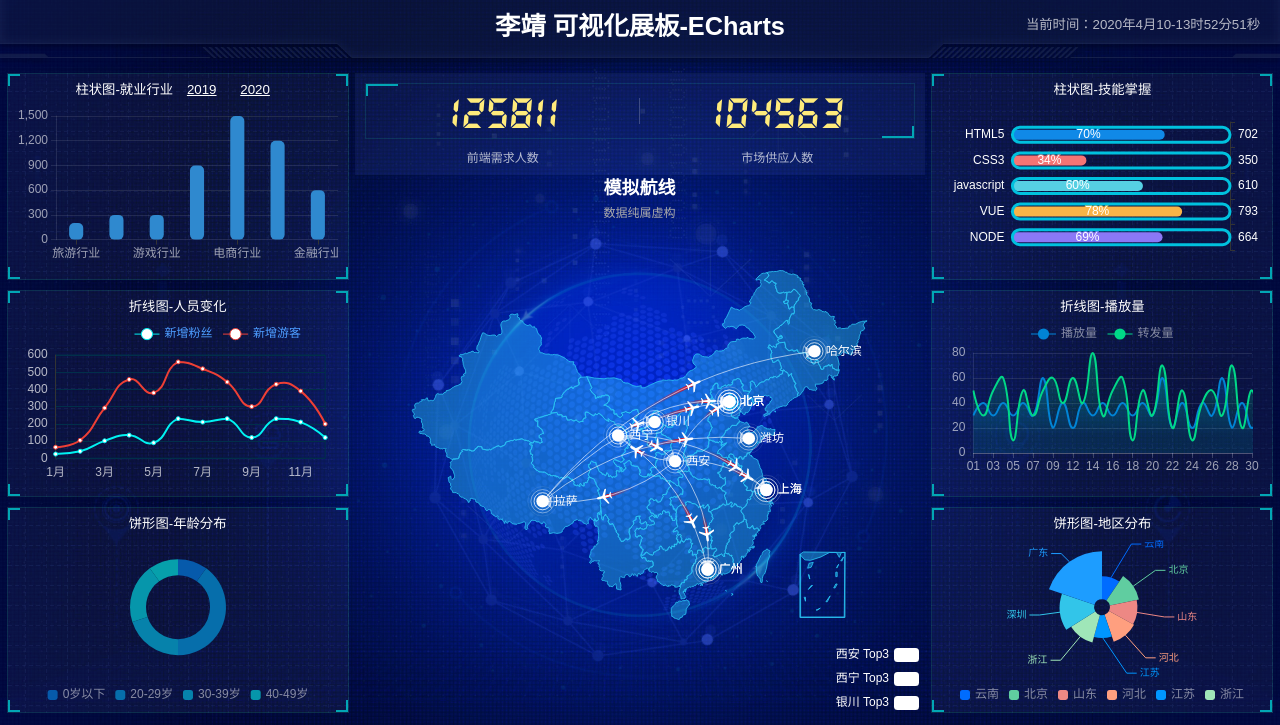
Repository: Jasonlee6789/ECharts
Page: Echarts/index.html
An editor plug-in stored every save of this project. The page is shown before and after the next save, followed by the edit.
The browser window is 1280 px wide. The pictures show the whole page.
The style sheet was rebuilt from its Sass, Less or Tailwind sources for each picture, by a compiler version that may differ from the author's.

Above is the page before, as saved 2020-05-22 13:32:41.

### Echarts/index.html
<!DOCTYPE html>
<html lang="en">

<head>
    <meta charset="UTF-8" />
    <meta name="viewport" content="width=device-width, initial-scale=1.0" />
    <title>Document</title>
    <link rel="stylesheet" href="css/index.css" />
</head>

<body>
    <header>
        <h1>李靖 可视化展板-ECharts</h1>
        <div class="showTime">当前时间：2020年3月17-0时54分14秒</div>
        <script>
            var t = null;
            t = setTimeout(time, 1000); //開始运行
            function time() {
                clearTimeout(t); //清除定时器
                dt = new Date();
                var y = dt.getFullYear();
                var mt = dt.getMonth() + 1;
                var day = dt.getDate();
                var h = dt.getHours(); //获取时
                var m = dt.getMinutes(); //获取分
                var s = dt.getSeconds(); //获取秒
                document.querySelector(".showTime").innerHTML =
                    "当前时间：" +
                    y +
                    "年" +
                    mt +
                    "月" +
                    day +
                    "-" +
                    h +
                    "时" +
                    m +
                    "分" +
                    s +
                    "秒";
                t = setTimeout(time, 1000); //设定定时器，循环运行
            }
        </script>
    </header>
    <section class="mainbox">
        <div class="column">
            <div class="panel bar">
                <h2>
                    柱状图-就业行业 <a href="javascript:;">2019</a>
                    <a href="javacript:;"> 2020</a>
                </h2>
                <div class="chart"></div>
                <div class="panel-footer"></div>
            </div>
            <div class="panel line">
                <h2>折线图-人员变化</h2>
                <div class="chart"></div>
                <div class="panel-footer"></div>
            </div>
            <div class="panel pie">
                <h2>饼形图-年龄分布</h2>
                <div class="chart"></div>
                <div class="panel-footer"></div>
            </div>
        </div>
        <div class="column">
            <div class="no">
                <div class="no-hd">
                    <ul>
                        <li>125811</li>
                        <li>104563</li>
                    </ul>
                </div>
                <div class="no-bd">
                    <ul>
                        <li>前端需求人数</li>
                        <li>市场供应人数</li>
                    </ul>
                </div>
            </div>
            <div class="map">
                <div class="chart"></div>
                <div class="map1"></div>
                <div class="map2"></div>
                <div class="map3"></div>
            </div>
        </div>
        <div class="column">
            <div class="panel bar1">
                <h2>柱状图-技能掌握</h2>
                <div class="chart"></div>
                <div class="panel-footer"></div>
            </div>
            <div class="panel line1">
                <h2>折线图-播放量</h2>
                <div class="chart"></div>
                <div class="panel-footer"></div>
            </div>
            <div class="panel pie1">
                <h2>饼形图-地区分布</h2>
                <div class="chart"></div>
                <div class="panel-footer"></div>
            </div>
        </div>
    </section>
    <script src="js/flexible.js"></script>
    <script src="js/jquery.js"></script>
    <script src="js/echarts.min.js"></script>
    <script src="js/index.js"></script>
    <script src="js/china.js"></script>
    <script src="js/myMap.js"></script>
</body>

</html>

### Echarts/js/flexible.js
(function flexible(window, document) {
    var docEl = document.documentElement;
    var dpr = window.devicePixelRatio || 1;

    // adjust body font size
    function setBodyFontSize() {
        if (document.body) {
            document.body.style.fontSize = 12 * dpr + "px";
        } else {
            document.addEventListener("DOMContentLoaded", setBodyFontSize);
        }
    }
    setBodyFontSize();

    // set 1rem = viewWidth / 10 （默认屏幕划分10等份 1920/24=80）
    function setRemUnit() {
        var rem = docEl.clientWidth / 24;
        docEl.style.fontSize = rem + "px";
    }

    setRemUnit();

    // reset rem unit on page resize
    window.addEventListener("resize", setRemUnit);
    window.addEventListener("pageshow", function (e) {
        if (e.persisted) {
            setRemUnit();
        }
    });

    // detect 0.5px supports
    if (dpr >= 2) {
        var fakeBody = document.createElement("body");
        var testElement = document.createElement("div");
        testElement.style.border = ".5px solid transparent";
        fakeBody.appendChild(testElement);
        docEl.appendChild(fakeBody);
        if (testElement.offsetHeight === 1) {
            docEl.classList.add("hairlines");
        }
        docEl.removeChild(fakeBody);
    }
})(window, document);

### Echarts/js/myMap.js
(function () {
    // 1. 实例化对象
    var myChart = echarts.init(document.querySelector(".map .chart"));
    // 2. 指定配置和数据
    // 2. 指定配置和数据
    var geoCoordMap = {
        上海: [121.4648, 31.2891],
        东莞: [113.8953, 22.901],
        东营: [118.7073, 37.5513],
        中山: [113.4229, 22.478],
        临汾: [111.4783, 36.1615],
        临沂: [118.3118, 35.2936],
        丹东: [124.541, 40.4242],
        丽水: [119.5642, 28.1854],
        乌鲁木齐: [87.9236, 43.5883],
        佛山: [112.8955, 23.1097],
        保定: [115.0488, 39.0948],
        兰州: [103.5901, 36.3043],
        包头: [110.3467, 41.4899],
        北京: [116.4551, 40.2539],
        北海: [109.314, 21.6211],
        南京: [118.8062, 31.9208],
        南宁: [108.479, 23.1152],
        南昌: [116.0046, 28.6633],
        南通: [121.1023, 32.1625],
        厦门: [118.1689, 24.6478],
        台州: [121.1353, 28.6688],
        合肥: [117.29, 32.0581],
        呼和浩特: [111.4124, 40.4901],
        咸阳: [108.4131, 34.8706],
        哈尔滨: [127.9688, 45.368],
        唐山: [118.4766, 39.6826],
        嘉兴: [120.9155, 30.6354],
        大同: [113.7854, 39.8035],
        大连: [122.2229, 39.4409],
        天津: [117.4219, 39.4189],
        太原: [112.3352, 37.9413],
        威海: [121.9482, 37.1393],
        宁波: [121.5967, 29.6466],
        宝鸡: [107.1826, 34.3433],
        宿迁: [118.5535, 33.7775],
        常州: [119.4543, 31.5582],
        广州: [113.5107, 23.2196],
        廊坊: [116.521, 39.0509],
        延安: [109.1052, 36.4252],
        张家口: [115.1477, 40.8527],
        徐州: [117.5208, 34.3268],
        德州: [116.6858, 37.2107],
        惠州: [114.6204, 23.1647],
        成都: [103.9526, 30.7617],
        扬州: [119.4653, 32.8162],
        承德: [117.5757, 41.4075],
        拉萨: [91.1865, 30.1465],
        无锡: [120.3442, 31.5527],
        日照: [119.2786, 35.5023],
        昆明: [102.9199, 25.4663],
        杭州: [119.5313, 29.8773],
        枣庄: [117.323, 34.8926],
        柳州: [109.3799, 24.9774],
        株洲: [113.5327, 27.0319],
        武汉: [114.3896, 30.6628],
        汕头: [117.1692, 23.3405],
        江门: [112.6318, 22.1484],
        沈阳: [123.1238, 42.1216],
        沧州: [116.8286, 38.2104],
        河源: [114.917, 23.9722],
        泉州: [118.3228, 25.1147],
        泰安: [117.0264, 36.0516],
        泰州: [120.0586, 32.5525],
        济南: [117.1582, 36.8701],
        济宁: [116.8286, 35.3375],
        海口: [110.3893, 19.8516],
        淄博: [118.0371, 36.6064],
        淮安: [118.927, 33.4039],
        深圳: [114.5435, 22.5439],
        清远: [112.9175, 24.3292],
        温州: [120.498, 27.8119],
        渭南: [109.7864, 35.0299],
        湖州: [119.8608, 30.7782],
        湘潭: [112.5439, 27.7075],
        滨州: [117.8174, 37.4963],
        潍坊: [119.0918, 36.524],
        烟台: [120.7397, 37.5128],
        玉溪: [101.9312, 23.8898],
        珠海: [113.7305, 22.1155],
        盐城: [120.2234, 33.5577],
        盘锦: [121.9482, 41.0449],
        石家庄: [114.4995, 38.1006],
        福州: [119.4543, 25.9222],
        秦皇岛: [119.2126, 40.0232],
        绍兴: [120.564, 29.7565],
        聊城: [115.9167, 36.4032],
        肇庆: [112.1265, 23.5822],
        舟山: [122.2559, 30.2234],
        苏州: [120.6519, 31.3989],
        莱芜: [117.6526, 36.2714],
        菏泽: [115.6201, 35.2057],
        营口: [122.4316, 40.4297],
        葫芦岛: [120.1575, 40.578],
        衡水: [115.8838, 37.7161],
        衢州: [118.6853, 28.8666],
        西宁: [101.4038, 36.8207],
        西安: [109.1162, 34.2004],
        贵阳: [106.6992, 26.7682],
        连云港: [119.1248, 34.552],
        邢台: [114.8071, 37.2821],
        邯郸: [114.4775, 36.535],
        郑州: [113.4668, 34.6234],
        鄂尔多斯: [108.9734, 39.2487],
        重庆: [107.7539, 30.1904],
        金华: [120.0037, 29.1028],
        铜川: [109.0393, 35.1947],
        银川: [106.3586, 38.1775],
        镇江: [119.4763, 31.9702],
        长春: [125.8154, 44.2584],
        长沙: [113.0823, 28.2568],
        长治: [112.8625, 36.4746],
        阳泉: [113.4778, 38.0951],
        青岛: [120.4651, 36.3373],
        韶关: [113.7964, 24.7028]
    };

    var XAData = [
        [{
            name: "西安"
        }, {
            name: "北京",
            value: 100
        }],
        [{
            name: "西安"
        }, {
            name: "上海",
            value: 100
        }],
        [{
            name: "西安"
        }, {
            name: "广州",
            value: 100
        }],
        [{
            name: "西安"
        }, {
            name: "西宁",
            value: 100
        }],
        [{
            name: "西安"
        }, {
            name: "拉萨",
            value: 100
        }]
    ];

    var XNData = [
        [{
            name: "西宁"
        }, {
            name: "北京",
            value: 100
        }],
        [{
            name: "西宁"
        }, {
            name: "上海",
            value: 100
        }],
        [{
            name: "西宁"
        }, {
            name: "广州",
            value: 100
        }],
        [{
            name: "西宁"
        }, {
            name: "西安",
            value: 100
        }],
        [{
            name: "西宁"
        }, {
            name: "银川",
            value: 100
        }]
    ];

    var YCData = [
        [{
            name: "拉萨"
        }, {
            name: "北京",
            value: 100
        }],
        [{
            name: "拉萨"
        }, {
            name: "潍坊",
            value: 100
        }],
        [{
            name: "拉萨"
        }, {
            name: "哈尔滨",
            value: 100
        }]
    ];

    var planePath =
        "path://M1705.06,1318.313v-89.254l-319.9-221.799l0.073-208.063c0.521-84.662-26.629-121.796-63.961-121.491c-37.332-0.305-64.482,36.829-63.961,121.491l0.073,208.063l-319.9,221.799v89.254l330.343-157.288l12.238,241.308l-134.449,92.931l0.531,42.034l175.125-42.917l175.125,42.917l0.531-42.034l-134.449-92.931l12.238-241.308L1705.06,1318.313z";
    //var planePath = 'arrow';
    var convertData = function (data) {
        var res = [];
        for (var i = 0; i < data.length; i++) {
            var dataItem = data[i];

            var fromCoord = geoCoordMap[dataItem[0].name];
            var toCoord = geoCoordMap[dataItem[1].name];
            if (fromCoord && toCoord) {
                res.push({
                    fromName: dataItem[0].name,
                    toName: dataItem[1].name,
                    coords: [fromCoord, toCoord],
                    value: dataItem[1].value
                });
            }
        }
        return res;
    };

    var color = ["#fff", "#fff", "#fff"]; //航线的颜色
    var series = [];
    [
        ["西安", XAData],
        ["西宁", XNData],
        ["银川", YCData]
    ].forEach(function (item, i) {
        series.push({
            name: item[0] + " Top3",
            type: "lines",
            zlevel: 1,
            effect: {
                show: true,
                period: 6,
                trailLength: 0.7,
                color: "red", //arrow箭头的颜色
                symbolSize: 3
            },
            lineStyle: {
                normal: {
                    color: color[i],
                    width: 0,
                    curveness: 0.2
                }
            },
            data: convertData(item[1])
        }, {
            name: item[0] + " Top3",
            type: "lines",
            zlevel: 2,
            symbol: ["none", "arrow"],
            symbolSize: 10,
            effect: {
                show: true,
                period: 6,
                trailLength: 0,
                symbol: planePath,
                symbolSize: 15
            },
            lineStyle: {
                normal: {
                    color: color[i],
                    width: 1,
                    opacity: 0.6,
                    curveness: 0.2
                }
            },
            data: convertData(item[1])
        }, {
            name: item[0] + " Top3",
            type: "effectScatter",
            coordinateSystem: "geo",
            zlevel: 2,
            rippleEffect: {
                brushType: "stroke"
            },
            label: {
                normal: {
                    show: true,
                    position: "right",
                    formatter: "{b}"
                }
            },
            symbolSize: function (val) {
                return val[2] / 8;
            },
            itemStyle: {
                normal: {
                    color: color[i]
                },
                emphasis: {
                    areaColor: "#2B91B7"
                }
            },
            data: item[1].map(function (dataItem) {
                return {
                    name: dataItem[1].name,
                    value: geoCoordMap[dataItem[1].name].concat([dataItem[1].value])
                };
            })
        });
    });
    var option = {
        tooltip: {
            trigger: "item",
            formatter: function (params, ticket, callback) {
                if (params.seriesType == "effectScatter") {
                    return "线路：" + params.data.name + "" + params.data.value[2];
                } else if (params.seriesType == "lines") {
                    return (
                        params.data.fromName +
                        ">" +
                        params.data.toName +
                        "<br />" +
                        params.data.value
                    );
                } else {
                    return params.name;
                }
            }
        },

        geo: {
            map: "china",
            label: {
                emphasis: {
                    show: true,
                    color: "#fff"
                }
            },
            roam: false,
            //   放大我们的地图
            zoom: 1,
            itemStyle: {
                normal: {
                    areaColor: "rgba(43, 196, 243, 0.42)",
                    borderColor: "rgba(43, 196, 243, 1)",
                    borderWidth: 1
                },
                emphasis: {
                    areaColor: "#2B91B7"
                }
            }
        },
        series: series
    };
    myChart.setOption(option);
    window.addEventListener("resize", function () {
        myChart.resize();
    });
})();

### Echarts/css/index.less
* {
    margin: 0;
    padding: 0;
    box-sizing: border-box;
}

li {
    list-style: none;
}

@font-face {
    font-family: electronicFont;
    src: url(../font/DS-DIGIT.TTF);
}

body {
    font-family: Arial, Helvetica, sans-serif;
    margin: 0;
    padding: 0;
    /*  背景图定位 / 背景图尺寸  cover 完全铺满容器  contain 完整显示在容器内 */
    background: url(../images/bg.jpg) no-repeat #000;
    background-size: cover;
    /* 行高是字体1.15倍 */
    line-height: 1.15;
}

header {
    position: relative;
    height: 1.25rem;
    background: url(../images/head_bg.png) no-repeat top center;
    background-size: 100% 100%;

    h1 {
        font-size: 0.475rem;
        color: #fff;
        text-align: center;
        line-height: 1rem;
    }

    .showTime {
        position: absolute;
        top: 0;
        right: 0.375rem;
        line-height: 0.9375rem;
        font-size: 0.25rem;
        color: rgba(255, 255, 255, 0.7);
    }
}

.mainbox {
    min-width: 1024px;
    max-width: 1920px;
    padding: 0.125rem 0.125rem 0;
    display: flex;

    .column {
        flex: 3;

        &:nth-child(2) {
            flex: 5;
            margin: 0 0.125rem 0.1875rem;
            overflow: hidden;
        }
    }
}

.panel {
    position: relative;
    height: 3.875rem;
    border: 1px solid rgba(25, 186, 139, 0.17);
    background: rgba(255, 255, 255, 0.04) url(../images/line\(1\).png);
    padding: 0 0.1875rem 0.5rem;
    margin-bottom: 0.1875rem;

    &::before {
        position: absolute;
        top: 0;
        left: 0;
        content: "";
        width: 10px;
        height: 10px;
        border-top: 2px solid #02a6b5;
        border-left: 2px solid #02a6b5;
    }

    &::after {
        position: absolute;
        top: 0;
        right: 0;
        content: "";
        width: 10px;
        height: 10px;
        border-top: 2px solid #02a6b5;
        border-right: 2px solid #02a6b5;
    }

    .panel-footer {
        position: absolute;
        left: 0;
        bottom: 0;
        width: 100%;

        &::before {
            position: absolute;
            bottom: 0;
            left: 0;
            content: "";
            width: 10px;
            height: 10px;
            border-bottom: 2px solid #02a6b5;
            border-left: 2px solid #02a6b5;
        }

        &::after {
            position: absolute;
            bottom: 0;
            right: 0;
            content: "";
            width: 10px;
            height: 10px;
            border-bottom: 2px solid #02a6b5;
            border-right: 2px solid #02a6b5;
        }
    }

    h2 {
        height: 0.6rem;
        line-height: 0.6rem;
        text-align: center;
        color: #fff;
        font-size: 0.25rem;
        font-weight: 400;

        a {
            margin: 0 0.1875rem;
            color: #fff;
            text-decoration: underline;
        }
    }

    .chart {
        height: 3rem;
    }
}

.no {
    background: rgba(101, 132, 226, 0.1);
    padding: 0.1875rem;

    .no-hd {
        position: relative;
        border: 1px solid rgba(25, 186, 139, 0.17);

        &::before {
            content: "";
            position: absolute;
            width: 30px;
            height: 10px;
            border-top: 2px solid #02a6b5;
            border-left: 2px solid #02a6b5;
            top: 0;
            left: 0;
        }

        &::after {
            content: "";
            position: absolute;
            width: 30px;
            height: 10px;
            border-bottom: 2px solid #02a6b5;
            border-right: 2px solid #02a6b5;
            right: 0;
            bottom: 0;
        }

        ul {
            display: flex;

            li {
                position: relative;
                flex: 1;
                text-align: center;
                height: 1rem;
                line-height: 1rem;
                font-size: 0.875rem;
                color: #ffeb7b;
                padding: 0.05rem 0;
                font-family: electronicFont;
                font-weight: bold;

                &:first-child::after {
                    content: "";
                    position: absolute;
                    height: 50%;
                    width: 1px;
                    background: rgba(255, 255, 255, 0.2);
                    right: 0;
                    top: 25%;
                }
            }
        }
    }

    .no-bd ul {
        display: flex;

        li {
            flex: 1;
            height: 0.5rem;
            line-height: 0.5rem;
            text-align: center;
            font-size: 0.225rem;
            color: rgba(255, 255, 255, 0.7);
            padding-top: 0.125rem;
        }
    }
}

.map {
    position: relative;
    height: 10.125rem;

    .chart {
        position: absolute;
        top: 0;
        left: 0;
        z-index: 5;
        height: 10.125rem;
        width: 100%;
    }

    .map1,
    .map2,
    .map3 {
        position: absolute;
        top: 50%;
        left: 50%;
        transform: translate(-50%, -50%);
        width: 6.475rem;
        height: 6.475rem;
        background: url(../images/map.png) no-repeat;
        background-size: 100% 100%;
        opacity: 0.3;
    }

    .map2 {
        width: 8.0375rem;
        height: 8.0375rem;
        background-image: url(../images/lbx.png);
        opacity: 0.6;
        animation: rotate 15s linear infinite;
        z-index: 2;
    }

    .map3 {
        width: 7.075rem;
        height: 7.075rem;
        background-image: url(../images/jt.png);
        animation: rotate1 10s linear infinite;
    }

    @keyframes rotate {
        from {
            transform: translate(-50%, -50%) rotate(0deg);
        }

        to {
            transform: translate(-50%, -50%) rotate(360deg);
        }
    }

    @keyframes rotate1 {
        from {
            transform: translate(-50%, -50%) rotate(0deg);
        }

        to {
            transform: translate(-50%, -50%) rotate(-360deg);
        }
    }
}

@media screen and (max-width: 1024px) {
    html {
        font-size: 42px !important;
    }
}

@media screen and (min-width: 1920) {
    html {
        font-size: 80px !important;
    }
}

Loaded but not shown: Echarts/js/jquery.js (library); Echarts/反余切/js/echarts.min.js (library); Echarts/js/china.js (library); Echarts/js/index.js (1166 lines, source omitted)

After the next save:
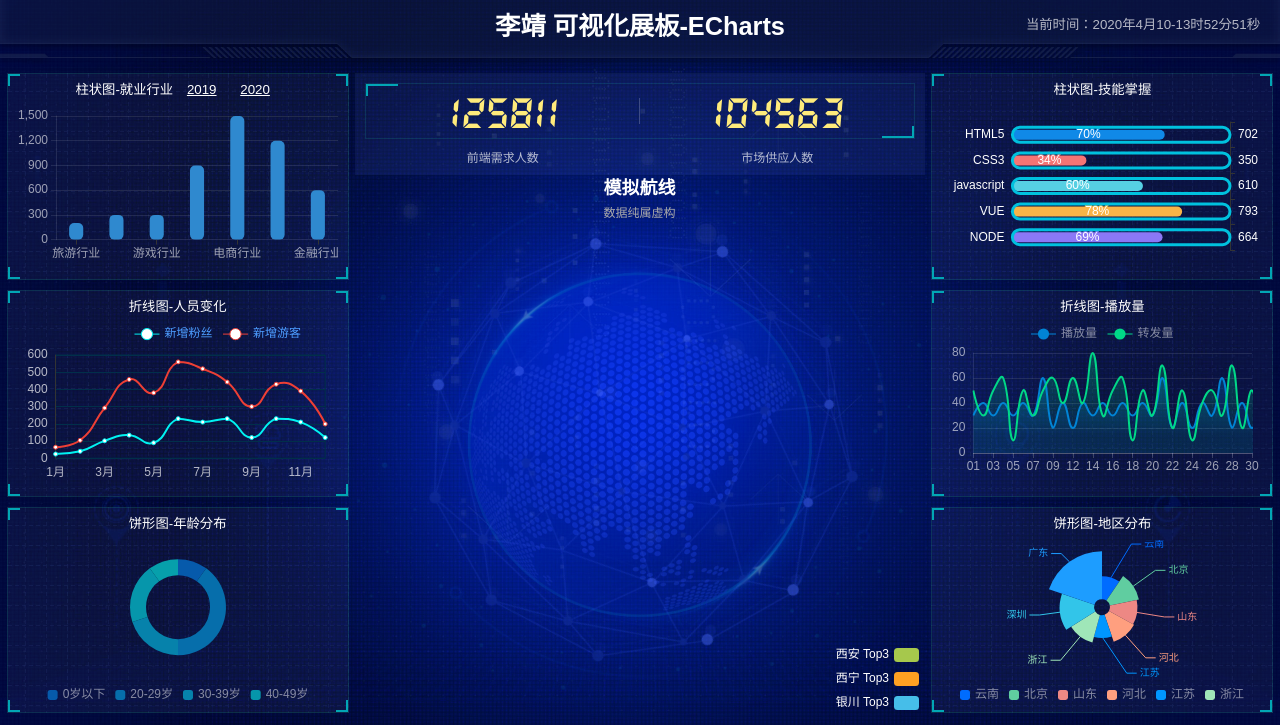
Console error: TypeError: Cannot read properties of undefined (reading 'concat')
Saved 66 s later.
--- a/Echarts/js/myMap.js
+++ b/Echarts/js/myMap.js
@@ -148,7 +148,7 @@
         [{
             name: "西安"
         }, {
-            name: "拉萨",
+            name: "厦门",
             value: 100
         }]
     ];
@@ -196,7 +196,7 @@
         [{
             name: "拉萨"
         }, {
-            name: "潍坊",
+            name: "高密",
             value: 100
         }],
         [{

After the save that followed:
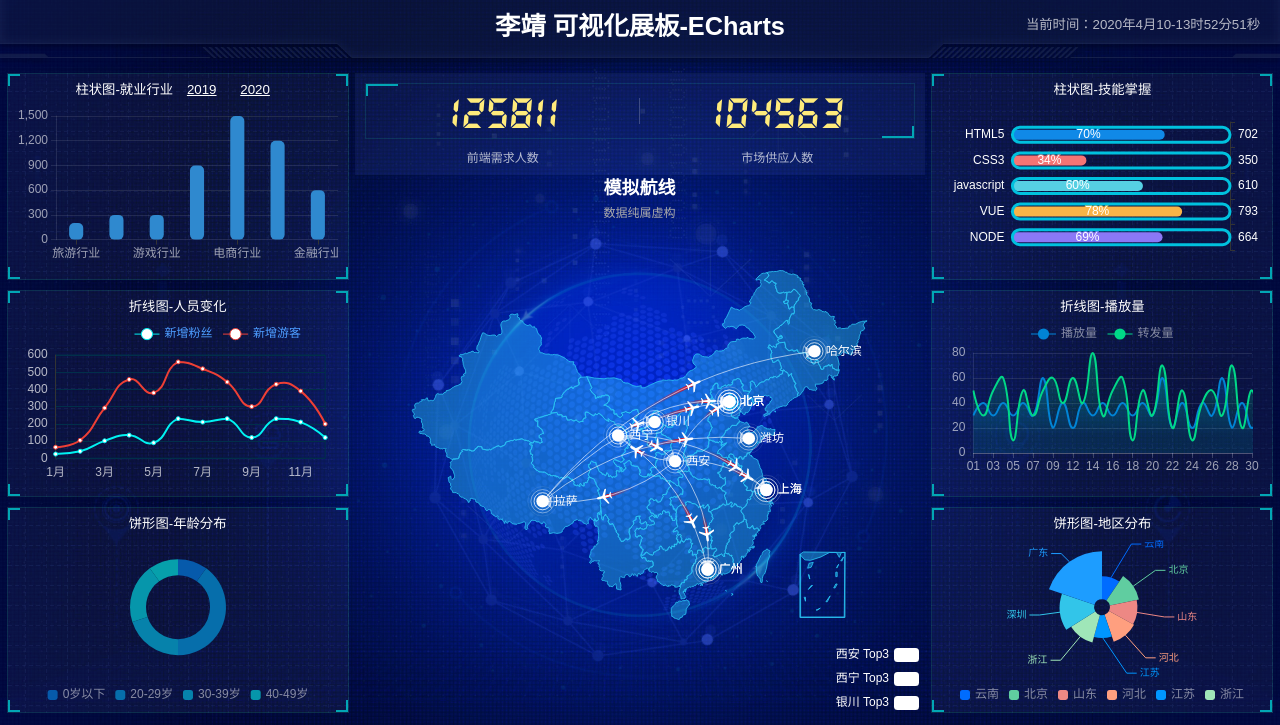
The error is gone.
Saved 22 s later.
--- a/Echarts/js/myMap.js
+++ b/Echarts/js/myMap.js
@@ -148,7 +148,7 @@
         [{
             name: "西安"
         }, {
-            name: "厦门",
+            name: "拉萨",
             value: 100
         }]
     ];
@@ -196,7 +196,7 @@
         [{
             name: "拉萨"
         }, {
-            name: "高密",
+            name: "潍坊",
             value: 100
         }],
         [{
